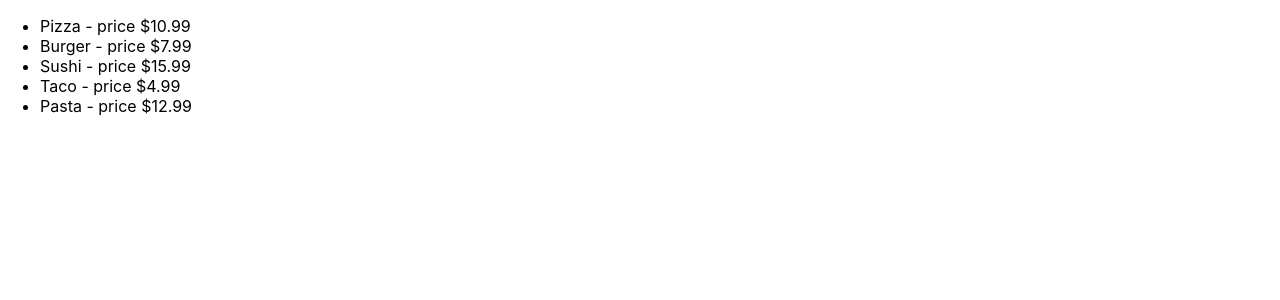
Repository: badhon252/Fullstack-Rect
Page: /
An editor plug-in stored every save of this project. The page is shown before and after the next save, followed by the edit.
The browser window is 1280 px wide. The pictures show the whole page.
The project was rebuilt for these pictures with package versions that can differ from the ones it lists, and the page was loaded fresh each time. Also part of the build but not shown: src/App.css.

Above is the page before, as saved 2023-04-12 19:53:49.

After the next save:
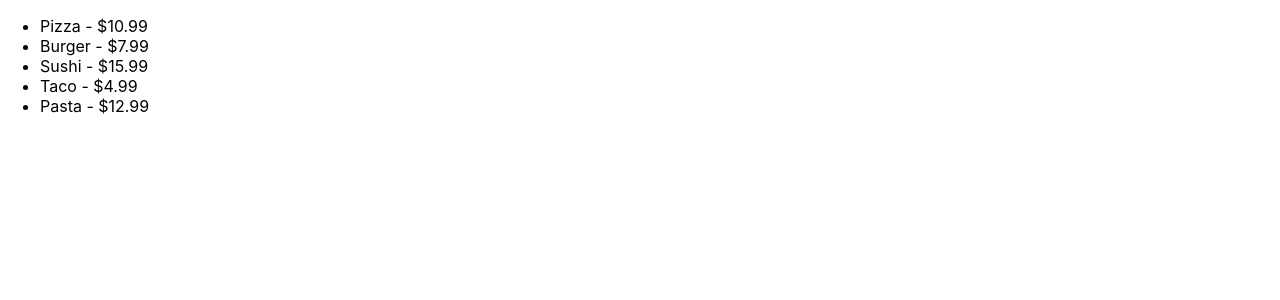
Saved 11 s later.
--- a/src/App.js
+++ b/src/App.js
@@ -29,7 +29,7 @@ import './App.css';
 function App() {
 
 const listItem = foodItems.map(dessert=>{
-  const itemText = `${dessert.name} - price $${dessert.price}`;
+  const itemText = `${dessert.name} - $${dessert.price}`;
   return <li key={dessert.id}>{itemText}</li>
 })
 
